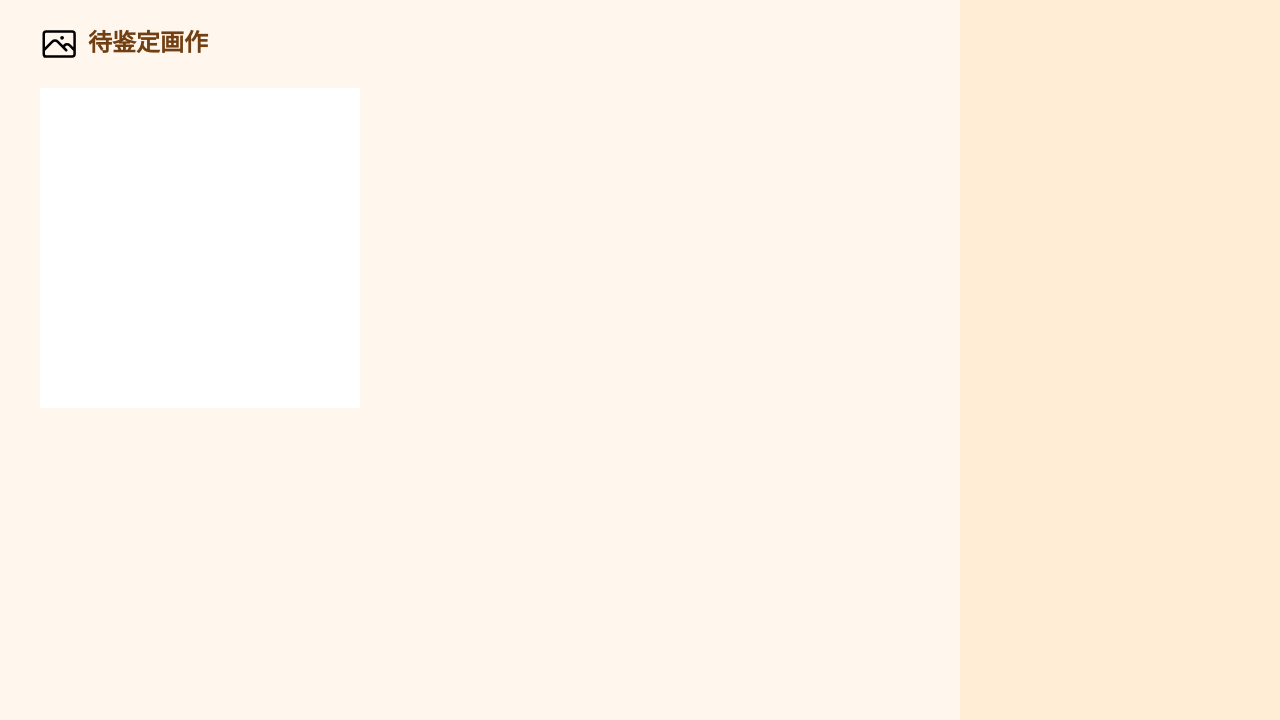
Repository: gaosth/Eyesee
Page: /dtail
An editor plug-in stored every save of this project. The page is shown before and after the next save, followed by the edit.
The browser window is 1280 px wide. The pictures show the whole page.
The project was rebuilt for these pictures with package versions that can differ from the ones it lists, and the page was loaded fresh each time. Also part of the build but not shown: vite.config.js, src/components/WelcomeItem.vue, src/components/icons/IconDocumentation.vue, src/components/icons/IconTooling.vue, src/components/icons/IconEcosystem.vue, src/components/icons/IconCommunity.vue, src/components/icons/IconSupport.vue, src/components/TheWelcome.vue and 5 more.

Above is the page before, as saved 2024-03-15 11:53:51.

After the next save:
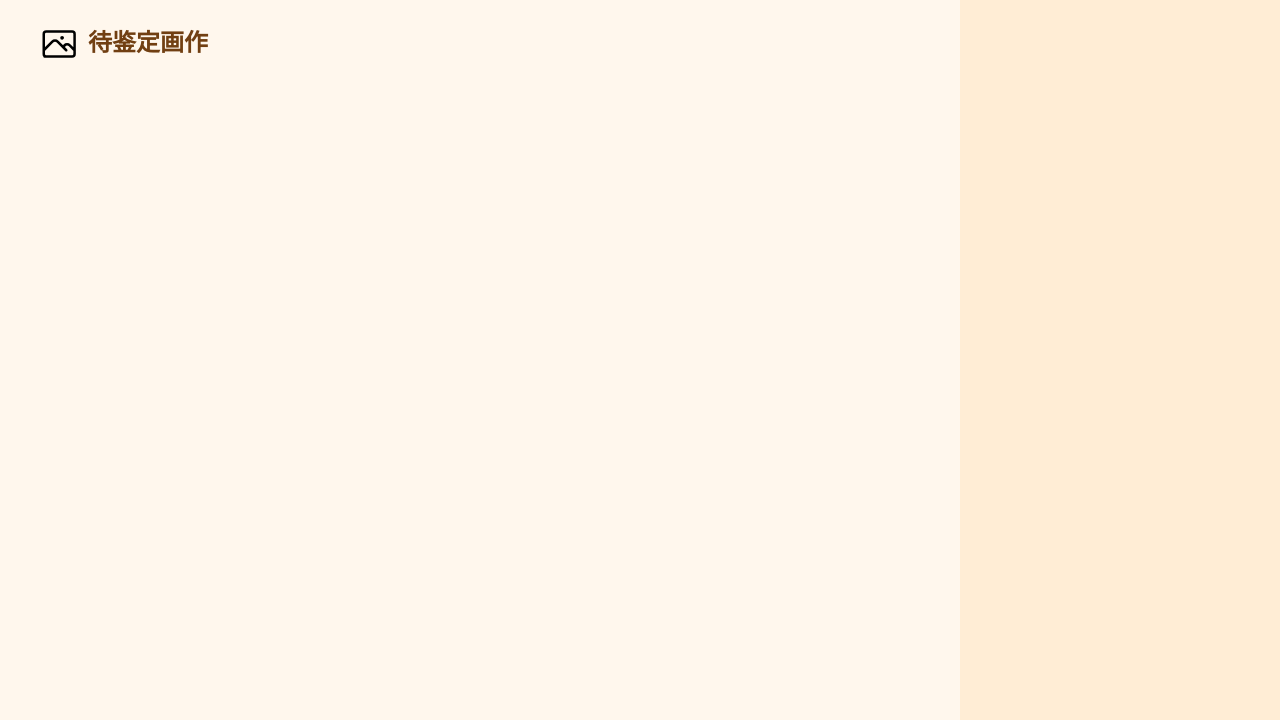
Saved 6 s later.
--- a/src/views/DetailView.vue
+++ b/src/views/DetailView.vue
@@ -12,7 +12,7 @@
                 </div>
             </div>
             <div class = "mx-10 my-6">
-                <div class = "h-80 w-80 bg-white">
+                <div class = "h-full w-80 bg-white">
 
                 </div>
             </div>

After the save that followed:
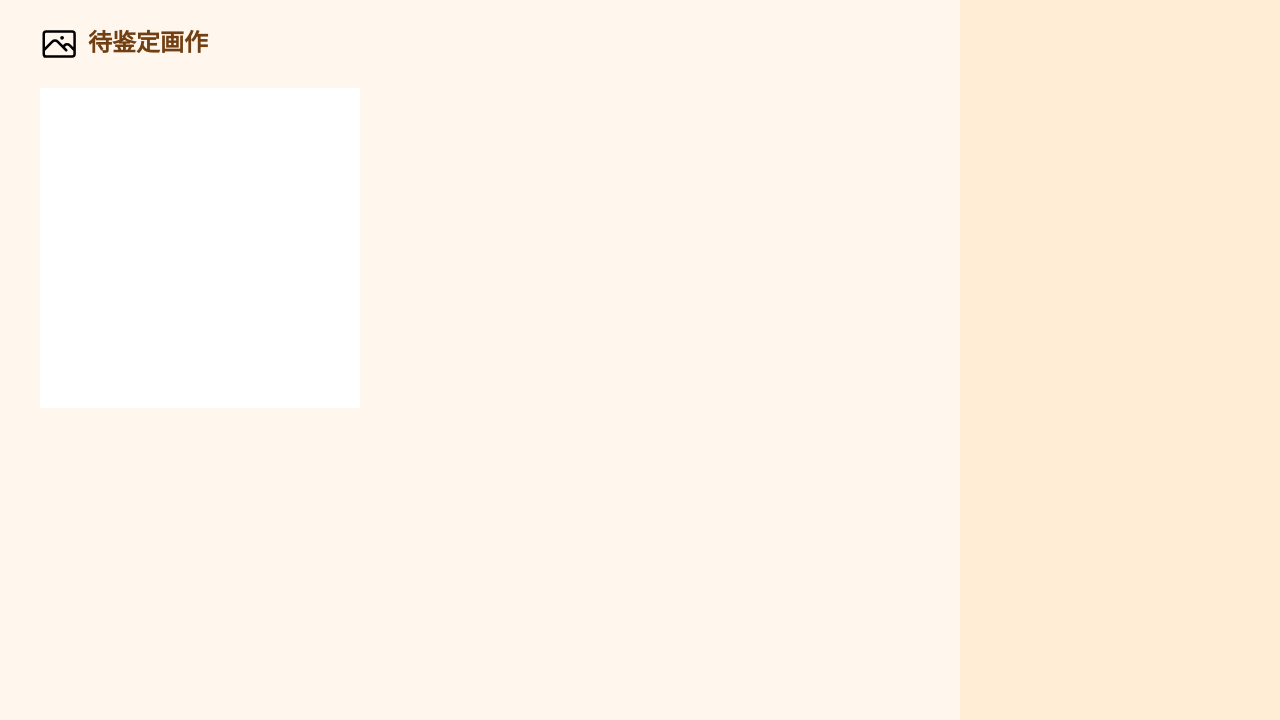
Saved 6 s later.
--- a/src/views/DetailView.vue
+++ b/src/views/DetailView.vue
@@ -12,7 +12,7 @@
                 </div>
             </div>
             <div class = "mx-10 my-6">
-                <div class = "h-full w-80 bg-white">
+                <div class = "h-80 w-80 bg-white">
 
                 </div>
             </div>
